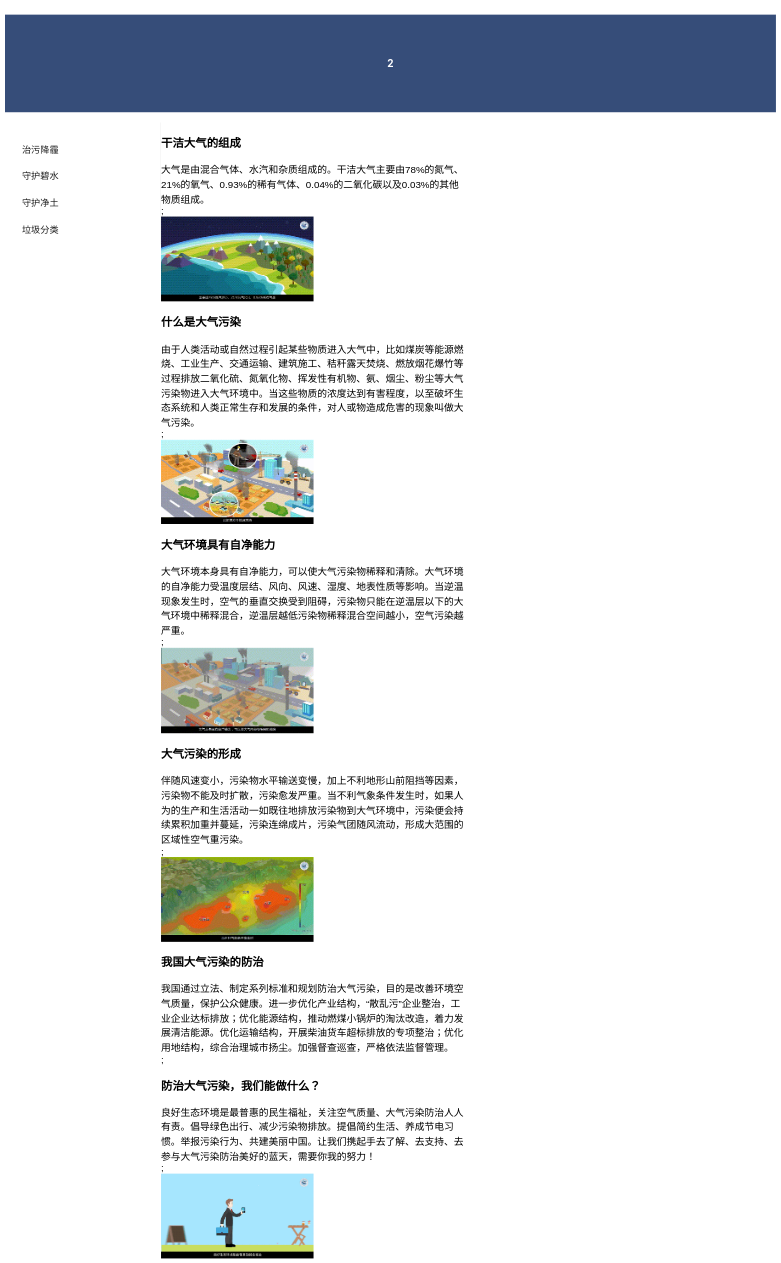
Repository: samllbin/summerWeb
Page: /
An editor plug-in stored every save of this project. The page is shown before and after the next save, followed by the edit.
The browser window is 1280 px wide. The pictures show the whole page, at 61% of full size.
The project was rebuilt for these pictures with package versions that can differ from the ones it lists, and the page was loaded fresh each time. Also part of the build but not shown: vite.config.js, components/menu/config.js, components/article/index.module.css, components/article/index.jsx.

Above is the page before, as saved 2024-07-22 16:40:52.

### src/App.jsx
import React, { useState } from "react";
import style from "./assets/index.module.css";
import Carousel from "@components/carousel/index";
import MenuTab from "@components/menu/MenuTab";
import Content from "@components/content";
import Article from "@components/article";

export default function App() {
  const [current, setCurrent] = useState("1");
  return (
    <div>
      <Carousel />
      <div className={style.layout}>
        <MenuTab setCurrent={setCurrent} current={current} />
        <Content />
      </div>
    </div>
  );
}

### src/assets/index.module.css
.layout {
  font-family: "宋体", sans-serif;
  display: flex;
}

### components/carousel/index.jsx
import React from "react";
import { Carousel } from "antd";
import style from "./index.module.css";

export default function carousel() {
  return (
    <Carousel autoplay>
      <div>
        <h3 className={style.contentStyle}>1</h3>
      </div>
      <div>
        <h3 className={style.contentStyle}>2</h3>
      </div>
      <div>
        <h3 className={style.contentStyle}>3</h3>
      </div>
      <div>
        <h3 className={style.contentStyle}>4</h3>
      </div>
    </Carousel>
  );
}

### components/menu/MenuTab.jsx
import React from "react";
import { Menu } from "antd";
import { useState } from "react";
import { config } from "./config";

export default function MenuTab({ current, setCurrent }) {
  const onClick = (e) => {
    console.log("click ", e);
    setCurrent(e.key);
  };
  return (
    <div>
      <Menu
        onClick={onClick}
        style={{ width: 256, fontSize: 15, paddingTop: 20 }}
        defaultOpenKeys={["sub1"]}
        selectedKeys={[current]}
        mode="inline"
        items={config}
      />
    </div>
  );
}

### components/content/index.jsx
import React from "react";
import style from "./index.module.css";
import config from "./config";

export default function Content() {
  return (
    <div className={style.layout}>
      {config
        .filter((item) => {
          return item.title === "治污降霾";
        })[0]
        ?.value.map((item, index) => {
          return (
            <div key={index} className={style.text}>
              <h3 className={style.title}>{item?.subTitle}</h3>
              <div className={style.content}>{item.content}</div>;
              <img src={item.imageURL} alt="" className={style.image} />
            </div>
          );
        })}
    </div>
  );
}

### components/carousel/index.module.css
.contentStyle {
  height: 160px;
  color: #fff;
  line-height: 160px;
  text-align: center;
  background: #364d79;
}

### components/content/index.module.css
.layout {
  display: flex;
  /* width: 80%; */
  width: 500px;
  flex-direction: column;
  align-items: center;
  justify-content: center;
}

.text {
  display: flex;
  flex-direction: column;
  align-items: start;
  justify-content: center;
}

.title {
}

.image {
  width: 50%;
}

### components/content/config.js
export default [
  {
    title: "治污降霾",
    value: [
      {
        subTitle: "干洁大气的组成",
        content:
          "大气是由混合气体、水汽和杂质组成的。干洁大气主要由78%的氮气、21%的氧气、0.93%的稀有气体、0.04%的二氧化碳以及0.03%的其他物质组成。",
        imageURL: "../../public/大气组成.png",
      },
      {
        subTitle: "什么是大气污染",
        content:
          "由于人类活动或自然过程引起某些物质进入大气中，比如煤炭等能源燃烧、工业生产、交通运输、建筑施工、秸秆露天焚烧、燃放烟花爆竹等过程排放二氧化硫、氮氧化物、挥发性有机物、氨、烟尘、粉尘等大气污染物进入大气环境中。当这些物质的浓度达到有害程度，以至破坏生态系统和人类正常生存和发展的条件，对人或物造成危害的现象叫做大气污染。",
        imageURL: "../../public/大气污染.png",
      },
      {
        subTitle: "大气环境具有自净能力",
        content:
          "大气环境本身具有自净能力，可以使大气污染物稀释和清除。大气环境的自净能力受温度层结、风向、风速、湿度、地表性质等影响。当逆温现象发生时，空气的垂直交换受到阻碍，污染物只能在逆温层以下的大气环境中稀释混合，逆温层越低污染物稀释混合空间越小，空气污染越严重。",
        imageURL: "../../public/自净能力.png",
      },
      {
        subTitle: "大气污染的形成",
        content:
          "伴随风速变小，污染物水平输送变慢，加上不利地形山前阻挡等因素，污染物不能及时扩散，污染愈发严重。当不利气象条件发生时，如果人为的生产和生活活动一如既往地排放污染物到大气环境中，污染便会持续累积加重并蔓延，污染连绵成片，污染气团随风流动，形成大范围的区域性空气重污染。",
        imageURL: "../../public/污染形成.png",
      },
      {
        subTitle: "我国大气污染的防治",
        content:
          "我国通过立法、制定系列标准和规划防治大气污染，目的是改善环境空气质量，保护公众健康。进一步优化产业结构，“散乱污”企业整治，工业企业达标排放；优化能源结构，推动燃煤小锅炉的淘汰改造，着力发展清洁能源。优化运输结构，开展柴油货车超标排放的专项整治；优化用地结构，综合治理城市扬尘。加强督查巡查，严格依法监督管理。",
      },
      {
        subTitle: "防治大气污染，我们能做什么？",
        content:
          "良好生态环境是最普惠的民生福祉，关注空气质量、大气污染防治人人有责。倡导绿色出行、减少污染物排放。提倡简约生活、养成节电习惯。举报污染行为、共建美丽中国。让我们携起手去了解、去支持、去参与大气污染防治美好的蓝天，需要你我的努力！",
        imageURL: "../../public/防止污染.png",
      },
    ],
  },
];

Loaded but not shown: index.html (common file); src/main.jsx (common file)

After the next save:
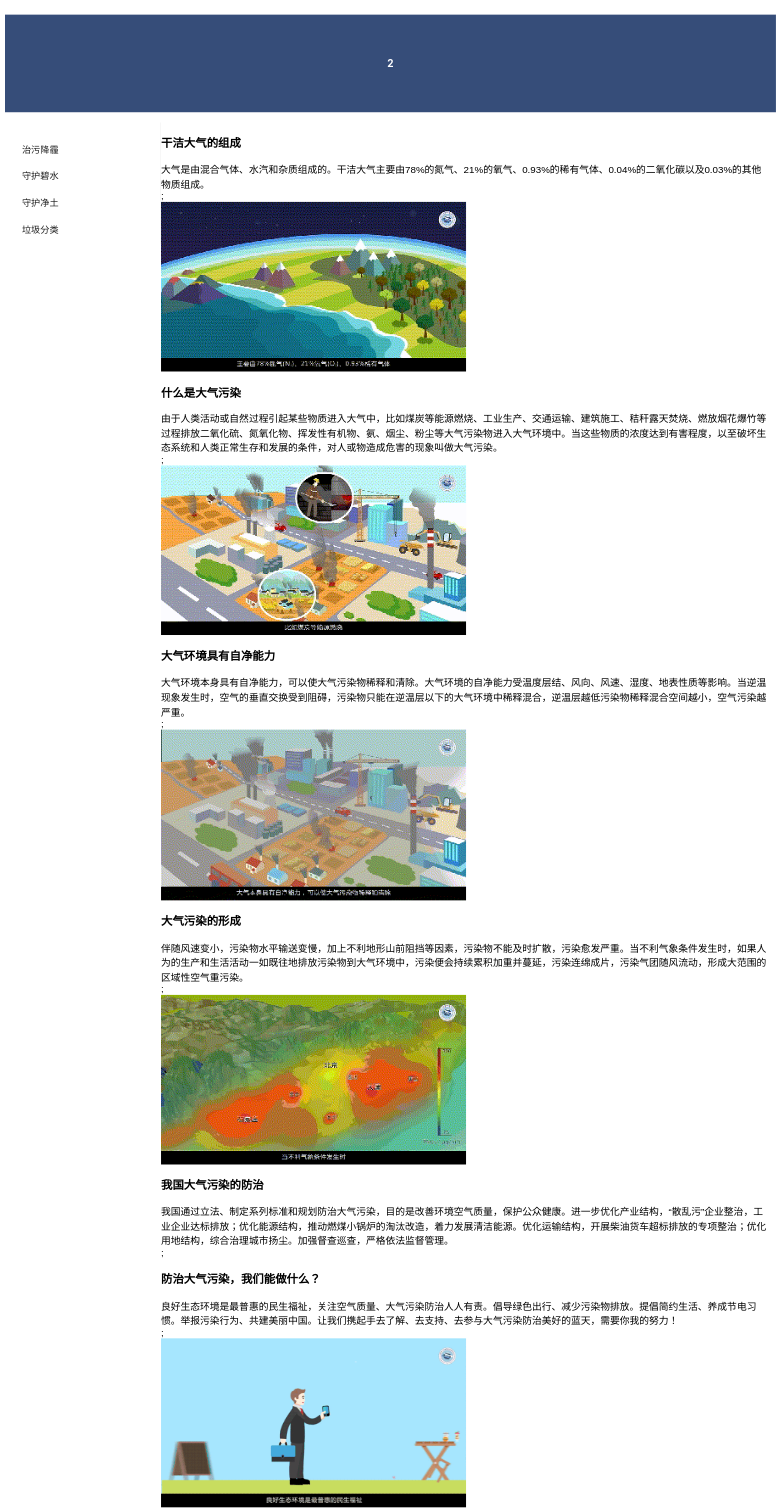
Saved 5 s later.
--- a/components/content/index.module.css
+++ b/components/content/index.module.css
@@ -1,7 +1,7 @@
 .layout {
   display: flex;
   /* width: 80%; */
-  width: 500px;
+  width: 1000px;
   flex-direction: column;
   align-items: center;
   justify-content: center;
